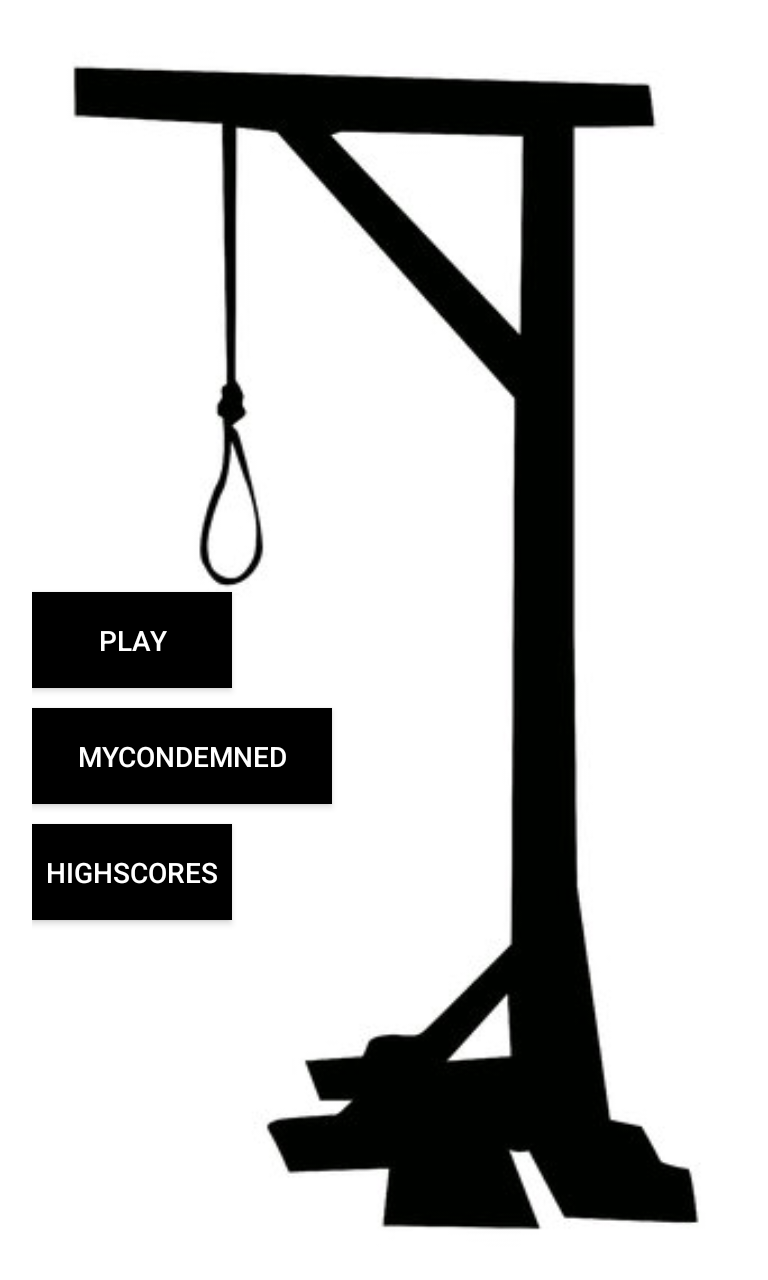
Repository: Sjaakja/hangman_app_studio
Layout: workspace/Hangman-TimeToSaveYourFriends/res/layout/fragment_main.xml
An editor plug-in stored every save of this project. The layout is shown before and after the next save, followed by the edit.
It is drawn on a 768 x 1280 px phone screen (xhdpi) without system bars, with theme AppTheme; the app's code is not run.

Above is the layout before, as saved 2014-06-10 15:06:54.

After the next save:
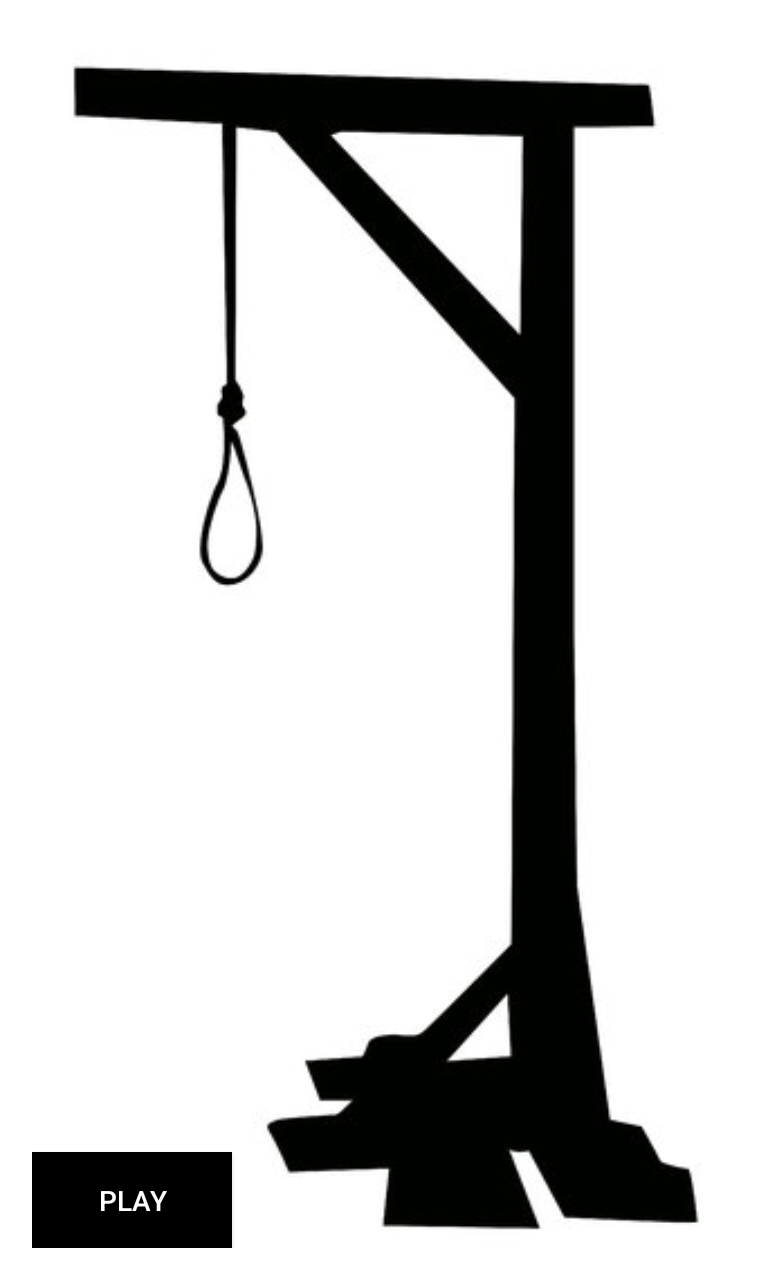
Saved 62 s later.
--- a/workspace/Hangman-TimeToSaveYourFriends/res/layout/fragment_main.xml
+++ b/workspace/Hangman-TimeToSaveYourFriends/res/layout/fragment_main.xml
@@ -8,16 +8,6 @@
     android:paddingRight="@dimen/activity_horizontal_margin"
     android:paddingTop="@dimen/activity_vertical_margin"
     tools:context="com.example.hangman_timetosaveyourfriends.MainActivity$PlaceholderFragment" >
-
-    <Button
-        android:id="@+id/button1"
-        android:layout_width="100dp"
-        android:layout_height="wrap_content"
-        android:layout_alignParentLeft="true"
-        android:layout_centerVertical="true"
-        android:text="@string/title_activity_play"
-        android:background="@color/black"
-        android:textColor="@color/white" />
 
     <Button
         android:id="@+id/button2"
@@ -41,4 +31,14 @@
         android:text="@string/title_activity_highscores"
         android:textColor="@color/white" />
 
+    <Button
+        android:id="@+id/button1"
+        android:layout_width="100dp"
+        android:layout_height="wrap_content"
+        android:layout_alignParentBottom="true"
+        android:layout_alignParentLeft="true"
+        android:background="@color/black"
+        android:text="@string/title_activity_play"
+        android:textColor="@color/white" />
+
 </RelativeLayout>

After the save that followed:
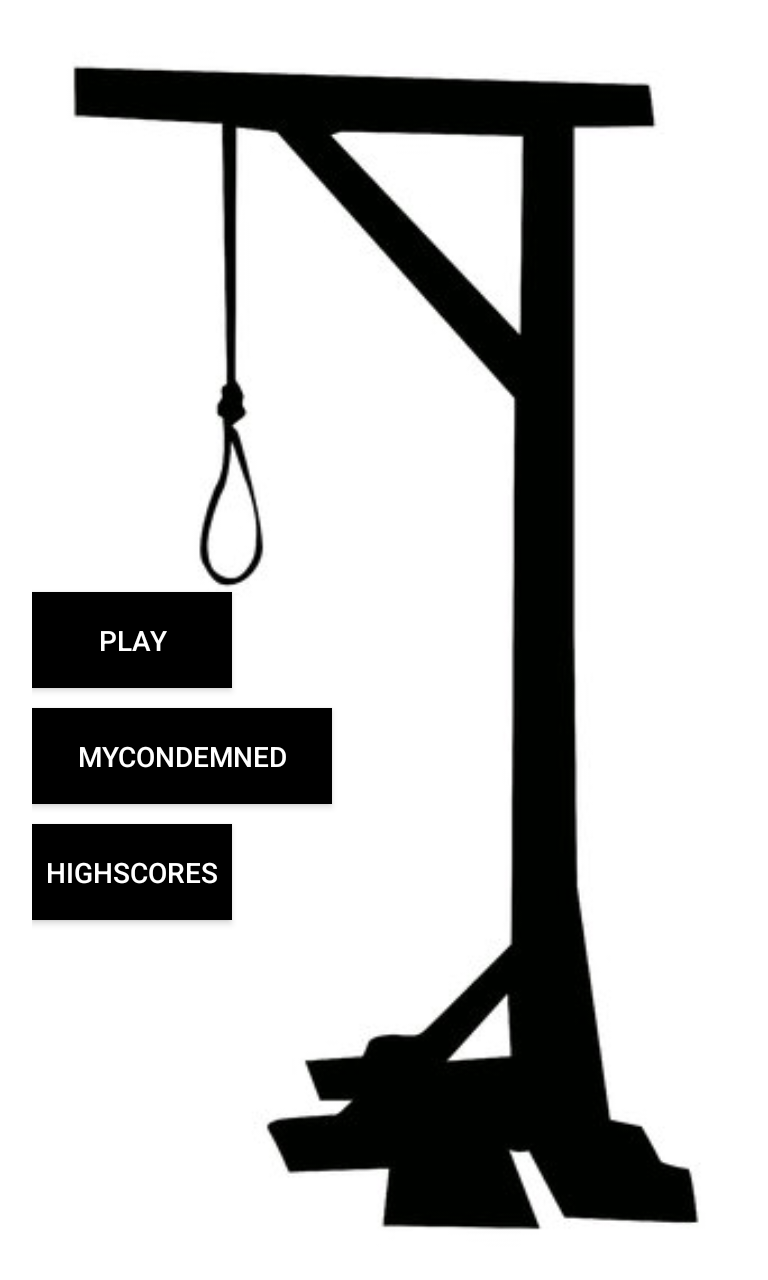
Saved 38 s later.
--- a/workspace/Hangman-TimeToSaveYourFriends/res/layout/fragment_main.xml
+++ b/workspace/Hangman-TimeToSaveYourFriends/res/layout/fragment_main.xml
@@ -8,6 +8,16 @@
     android:paddingRight="@dimen/activity_horizontal_margin"
     android:paddingTop="@dimen/activity_vertical_margin"
     tools:context="com.example.hangman_timetosaveyourfriends.MainActivity$PlaceholderFragment" >
+
+    <Button
+        android:id="@+id/button1"
+        android:layout_width="100dp"
+        android:layout_height="wrap_content"
+        android:layout_alignParentLeft="true"
+        android:layout_centerVertical="true"
+        android:background="@color/black"
+        android:text="@string/title_activity_play"
+        android:textColor="@color/white" />
 
     <Button
         android:id="@+id/button2"
@@ -31,14 +41,6 @@
         android:text="@string/title_activity_highscores"
         android:textColor="@color/white" />
 
-    <Button
-        android:id="@+id/button1"
-        android:layout_width="100dp"
-        android:layout_height="wrap_content"
-        android:layout_alignParentBottom="true"
-        android:layout_alignParentLeft="true"
-        android:background="@color/black"
-        android:text="@string/title_activity_play"
-        android:textColor="@color/white" />
+
 
 </RelativeLayout>
